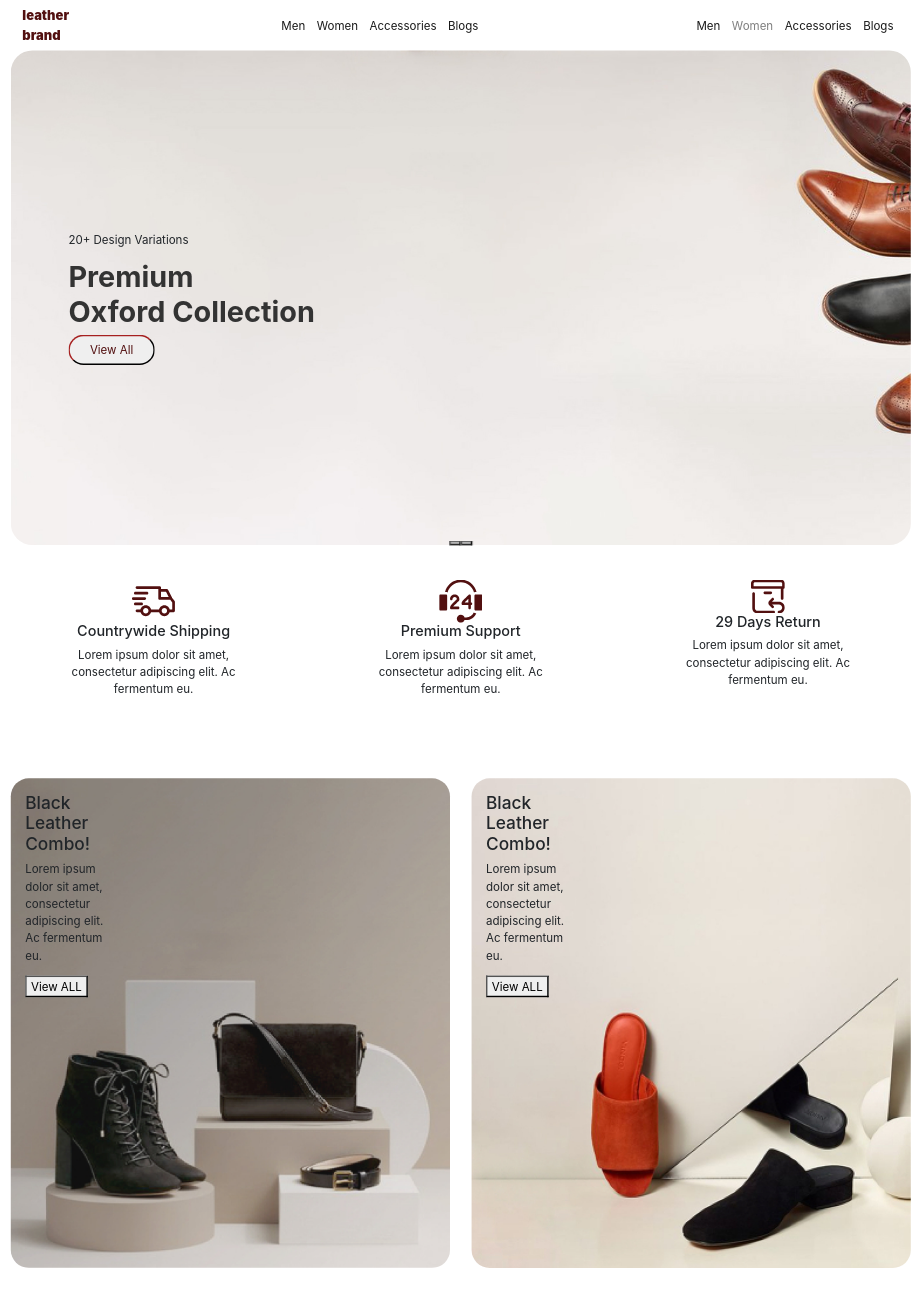
Repository: arif286/fashion-house
Page: /
These files come from the project's save history. The page is drawn as it stood at one moment and after the next save; the edit follows.
The browser window is 1280 px wide. The pictures show the whole page, at 72% of full size.
The project was rebuilt for these pictures with package versions that can differ from the ones it lists, and the page was loaded fresh each time. The framework's server and built-in components were replaced by stand-ins that run in the browser. Also part of the build but not shown: nuxt.config.js, components/Contact.vue, components/DisplayCollection.vue, components/Footer.vue, components/NuxtLogo.vue, components/Products.vue, components/Tutorial.vue.

Above is the page before, as saved 2021-07-12 05:20:11.

### components/Nav.vue
<template>
  <nav class="navbar container navbar-expand-lg navbar-light">
    <div class="container-fluid">
      <div class="nav-title">
        <span>leather</span>
        <br />
        <span>brand</span>
      </div>
      <button
        class="navbar-toggler"
        type="button"
        data-bs-toggle="collapse"
        data-bs-target="#navbarSupportedContent"
        aria-controls="navbarSupportedContent"
        aria-expanded="false"
        aria-label="Toggle navigation"
      >
        <span class="navbar-toggler-icon"></span>
      </button>
      <div id="navbarSupportedContent" class="collapse navbar-collapse">
        <div class="d-flex justify-content-center w-100">
          <ul class="navbar-nav mb-2 mb-lg-0">
            <li class="nav-item">
              <a class="nav-link active" aria-current="page" href="#">Men</a>
            </li>
            <li class="nav-item">
              <a class="nav-link active" href="#">Women</a>
            </li>
            <li class="nav-item">
              <a class="nav-link active" href="#"> Accessories </a>
            </li>
            <li class="nav-item">
              <a class="nav-link active" href="#">Blogs</a>
            </li>
          </ul>
        </div>
        <div class="ml-auto">
          <ul class="navbar-nav mb-2 mb-lg-0">
            <li class="nav-item">
              <a class="nav-link active" aria-current="page" href="#">Men</a>
            </li>
            <li class="nav-item">
              <a class="nav-link" href="#">Women</a>
            </li>
            <li class="nav-item">
              <a class="nav-link active" href="#"> Accessories </a>
            </li>
            <li class="nav-item">
              <a class="nav-link active" href="#">Blogs</a>
            </li>
          </ul>
        </div>
      </div>
    </div>
  </nav>
</template>

<script></script>
<style scoped>
.nav-title {
  color: #521010;
  font-weight: 900;
  font-size: 18px;
}
.nav-title:hover {
  color: #521010;
  font-weight: bold;
}
.nav-item a {
  color: #000;
}
</style>

### components/NewCollection.vue
<template>
  <div class="container">
    <div class="row">
      <div
        v-for="item in collections"
        :key="item.id"
        class="col-md-6 col-12 mb-5"
      >
        <div class="card-content" :class="item.class">
          <div class="card-body">
            <h4>{{ item.title }}</h4>
            <p>{{ item.text }}</p>
            <button>View ALL</button>
          </div>
        </div>
      </div>
    </div>
  </div>
</template>
<script>
export default {
  props: {
    collections: {
      type: Array,
      required: true,
    },
  },
}
</script>
<style>
.newArrival {
  background-image: url('@/assets/Images/newarrivals1.png');
}
.promo {
  background-image: url('@/assets/Images/promo.png');
}
.card-content {
  background-repeat: no-repeat;
  background-size: cover;
  height: 680px;
  border-radius: 25px;
}
.card-body {
  width: 150px;
}
</style>

### components/Service.vue
<template>
  <div class="container mb-5">
    <div class="row">
      <div
        v-for="service in services"
        :key="service.id"
        class="col-md-4 col-12 mb-5"
      >
        <div class="d-flex justify-content-center">
          <div class="service-box text-center">
            <img :src="require(`@/assets/Images/${service.image}`)" alt="" />
            <h5>{{ service.title }}</h5>
            <p>{{ service.text }}</p>
          </div>
        </div>
      </div>
    </div>
  </div>
</template>

<script>
export default {
  props: {
    services: { type: Array, required: true },
  },
}
</script>
<style>
.service-box {
  width: 250px;
}
</style>

### components/Slider.vue
<template>
  <div class="container mb-5">
    <div
      id="carouselExampleIndicators"
      class="carousel slide"
      data-bs-ride="carousel"
    >
      <div class="carousel-indicators">
        <button
          type="button"
          data-bs-target="#carouselExampleIndicators"
          data-bs-slide-to="0"
          class="active"
          aria-current="true"
          aria-label="Slide 1"
        ></button>
        <button
          type="button"
          data-bs-target="#carouselExampleIndicators"
          data-bs-slide-to="1"
          aria-label="Slide 2"
        ></button>
      </div>
      <div class="carousel-inner">
        <div class="carousel-item active d-flex align-items-center">
          <div class="slider-content">
            <p>20+ Design Variations</p>
            <h1>
              Premium
              <br />
              Oxford Collection
            </h1>
            <button>View All</button>
          </div>
        </div>
        <div class="carousel-item">
          <div class="slider-content">
            <p>20+ Design Variations</p>
            <h1>
              Premium
              <br />
              Oxford Collection
            </h1>
            <button>View All</button>
          </div>
        </div>
      </div>
    </div>
  </div>
</template>

<script></script>
<style>
.carousel-item {
  background-image: url('@/assets/Images/hero1.png');
  background-repeat: no-repeat;
  width: 100%;
  background-size: cover;
  height: 687px;
  border-radius: 30px;
}
.slider-content {
  margin-left: 80px;
}
.slider-content h1 {
  color: #333333;
  font-weight: 700;
}
.slider-content button {
  border-radius: 30px;
  width: 120px;
  padding: 7px 15px;
  border-color: #521010;
  color: #521010;
}
</style>

### pages/index.vue
<template>
  <div>
    <Nav />
    <Slider />
    <Service :services="serviceData" />
    <NewCollection :collections="collections" />
  </div>
</template>

<script>
import { serviceData, newCollectionData } from '@/assets/data.js'
export default {
  data() {
    return {
      serviceData,
      collections: newCollectionData,
    }
  },
}
</script>
<style>
@import url('https://fonts.googleapis.com/css2?family=Roboto:ital,wght@0,100;0,300;0,400;0,500;0,700;0,900;1,100;1,300;1,400;1,500;1,700;1,900&display=swap');

.body {
  font-family: 'Roboto', sans-serif;
}
.container {
  max-width: 1780px;
}
</style>

### assets/data.js
export const serviceData = [
  {
    id: 1,
    image: 'delivery.svg',
    title: 'Countrywide Shipping',
    text: 'Lorem ipsum dolor sit amet, consectetur adipiscing elit. Ac fermentum eu.',
  },
  {
    id: 2,
    image: 'call-center.svg',
    title: 'Premium Support',
    text: 'Lorem ipsum dolor sit amet, consectetur adipiscing elit. Ac fermentum eu.',
  },
  {
    id: 3,
    image: 'return.svg',
    title: '29 Days Return',
    text: 'Lorem ipsum dolor sit amet, consectetur adipiscing elit. Ac fermentum eu.'
  }
]

export const newCollectionData = [
  {
    id: 2,
    class: 'newArrival',
    title: 'Black Leather Combo!',
    text: 'Lorem ipsum dolor sit amet, consectetur adipiscing elit. Ac fermentum eu.',
  },
  {
    id: 3,
    class: 'promo',
    title: 'Black Leather Combo!',
    text: 'Lorem ipsum dolor sit amet, consectetur adipiscing elit. Ac fermentum eu.',
  }
]

After the next save:
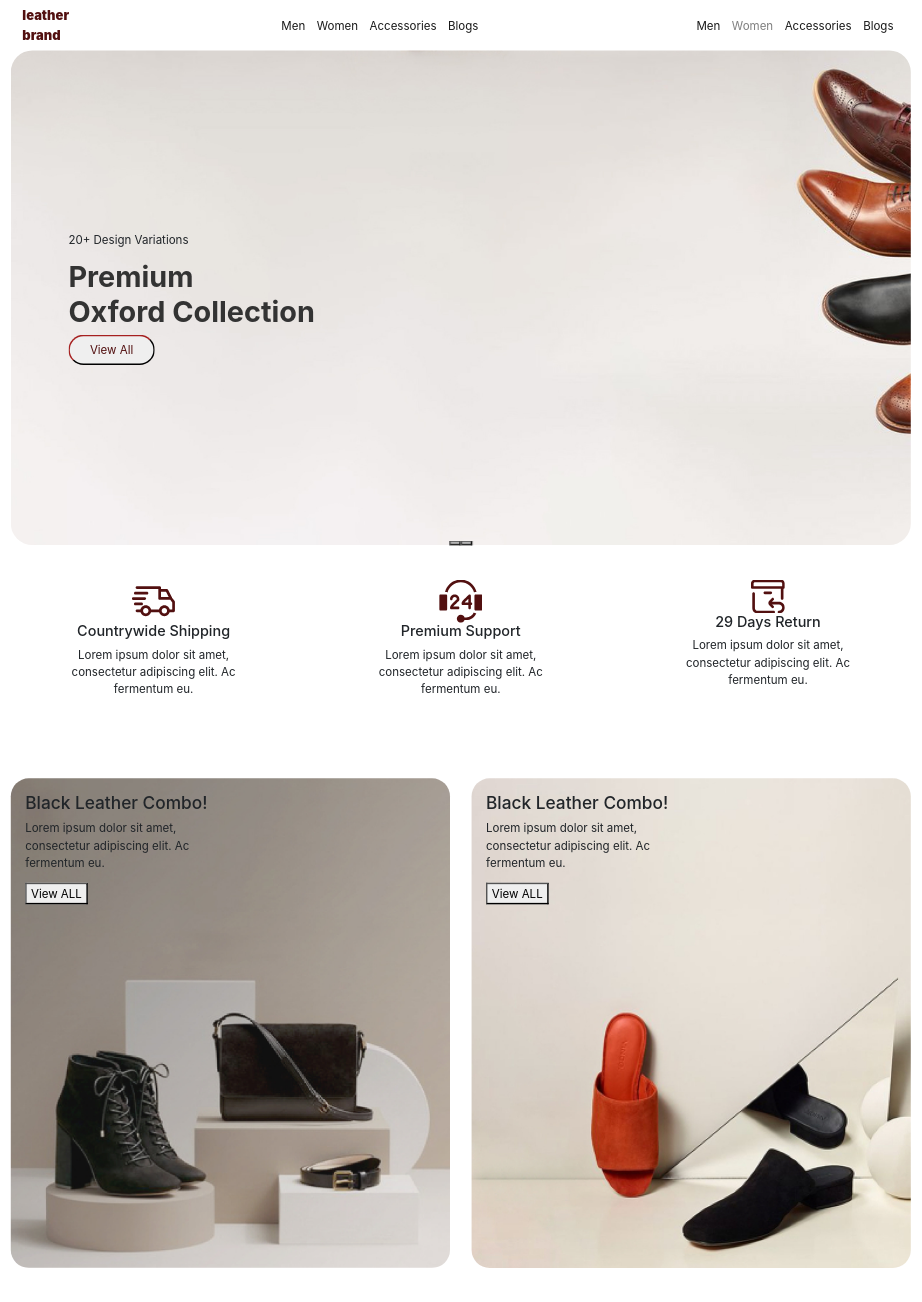
Saved 27 s later.
--- a/components/NewCollection.vue
+++ b/components/NewCollection.vue
@@ -41,6 +41,6 @@ export default {
   border-radius: 25px;
 }
 .card-body {
-  width: 150px;
+  width: 300px;
 }
 </style>
